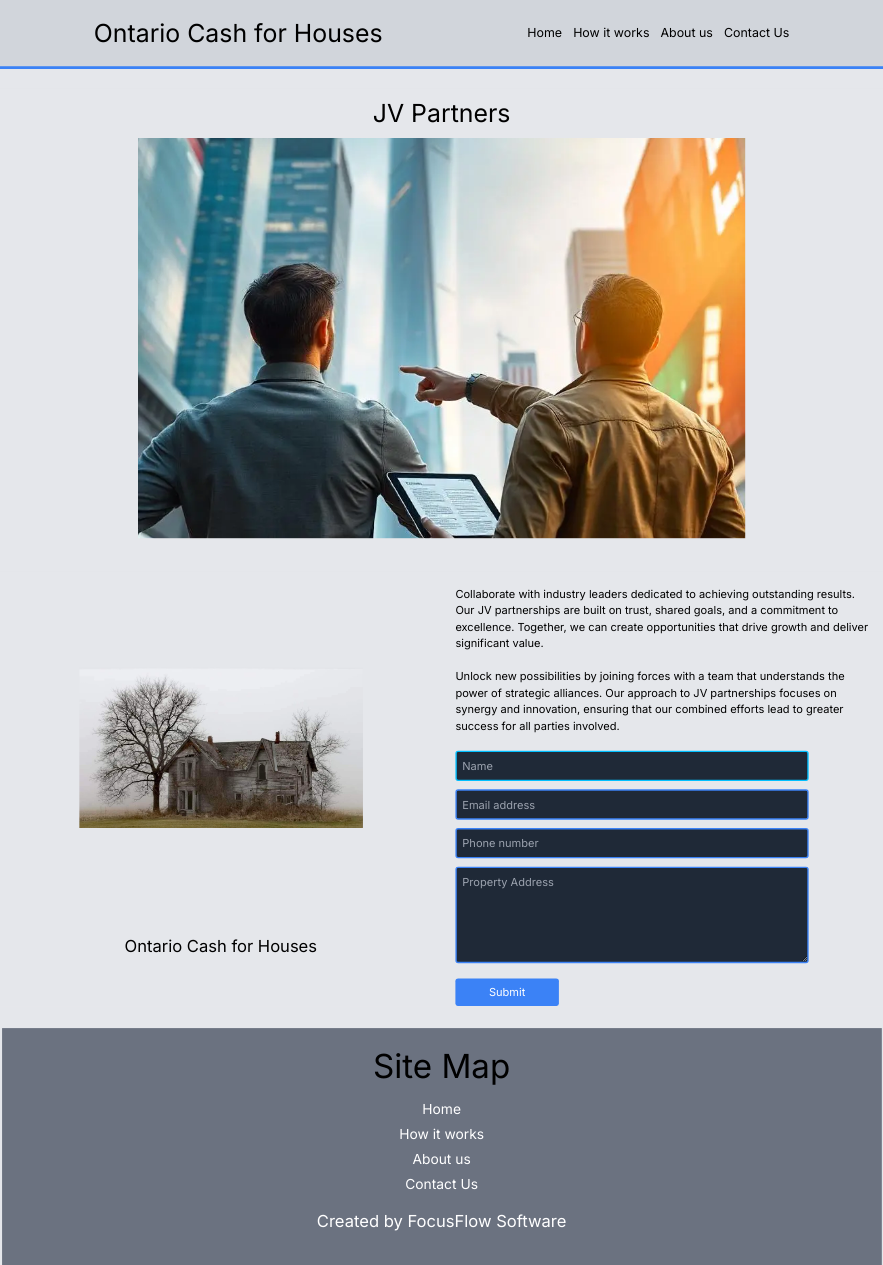
Repository: TMuse333/cash-for-homes
Page: /jv-partners (app in frontend/)
These files come from the project's save history. The page is drawn as it stood at one moment and after the next save; the edit follows.
The browser window is 1280 px wide. The pictures show the whole page, at 69% of full size.
The project was rebuilt for these pictures with package versions that can differ from the ones it lists, and the page was loaded fresh each time. The framework's server and built-in components were replaced by stand-ins that run in the browser. Also part of the build but not shown: frontend/next.config.mjs.

Above is the page before, as saved 2024-09-04 14:15:17.

### frontend/src/app/layout.tsx

import { AppProvider } from "@/context/context";
import type { Metadata } from "next";
import { Inter } from "next/font/google";
import "./globals.css";

const inter = Inter({ subsets: ["latin"] });

export const metadata: Metadata = {
  title: "Ontario Cash For Houses",
  description: "We Buy Houses in ANY Condition. And We Can Close In LESS Than 7-30 Days From Today",
};

export default function RootLayout({
  children,
}: Readonly<{
  children: React.ReactNode;
}>) {
  return (



    <html lang="en">
<AppProvider>


      <body className={inter.className}>{children}</body>
      </AppProvider>
    </html>

  );
}

### frontend/src/app/jv-partners/page.tsx
"use client"
import ContactForm from "@/components/contactForm"
import Navbar from "@/components/navbar"
import React from "react"
import { accordionProps, jvParallaxContent } from "@/data/data"
import { TextParallaxContentExample } from "@/components/parallaxText"
import Footer from "@/components/footer"
import Accordion from "@/components/accordion"
import Content2 from "@/components/content2"
import jv from '../../public/jv-partners.webp'
const Partners = () => {

  const intro = 'Our JV Partners are forward-thinking collaborators who unite their expertise, resources, and strategic vision to achieve shared goals. Together, we harness collective strengths to create powerful synergies, driving innovation and transformative growth in the real estate market, ensuring mutual success'

    const links = [
        {
            name:'Home',
            destination:'/',
            hasScroll:false
          },
        {
          name:'How it works',
          destination:'process',
          hasScroll:false
        },

        {
          name:'About us',
          destination:'about',
          hasScroll:false
        },
        {
          name:'Contact Us',
          destination:'contact'
        }
      ]

    return <>
    <Navbar links={links}
    />
    <main className="w-screen
    mt-[8rem] bg-gray-200">

      <Content2
      image={jv}
      title='JV Partners'
      alt='An image represent the joint ventures of our cash for houses business'
      description=""
      />
        {/* <TextParallaxContentExample
        {...jvParallaxContent}
        /> */}

        <ContactForm/>



        <Footer
        links={links}/>


    </main>
    </>
}


export default Partners

### frontend/src/context/context.tsx
"use client"
import React, { createContext, useState, useContext, ReactNode, useEffect } from 'react';

interface AppContextType {

  isMobile:boolean,
  setIsMobile:React.Dispatch<React.SetStateAction<boolean>>
  textYPosition:number
  setTextYPosition:React.Dispatch<React.SetStateAction<number>>
  applicationFormState: Record<string, string>;
  setApplicationFormState: React.Dispatch<React.SetStateAction<Record<string, string>>>;
  loggedIn:boolean,
  setLoggedIn:React.Dispatch<React.SetStateAction<boolean>>
}

// Create the context
export const AppContext = createContext<AppContextType | undefined>(undefined);

// Create a provider component
export const AppProvider: React.FC<{ children: ReactNode }> = ({ children }) => {
  // Initialize state for login and user status


  const [isMobile, setIsMobile] = useState(false)
  const [applicationFormState, setApplicationFormState] = useState<Record<string, string>>({});
  const [loggedIn, setLoggedIn] = useState(false)


  useEffect(()=>{
    const handleScroll = () => {
      setIsMobile(window.innerWidth <= 655)
    }
    window.addEventListener('scroll',handleScroll)

    handleScroll()

    return () => {
      window.removeEventListener('scroll',handleScroll)
    }
  },[])


  const [textYPosition, setTextYPosition] = useState(0)

   const contextValue = {
    isMobile,
    setIsMobile,
    textYPosition,
    setTextYPosition,
    applicationFormState,
    setApplicationFormState,
    loggedIn, setLoggedIn
   }


  return <AppContext.Provider value={contextValue}>{children}</AppContext.Provider>;
};

// Custom hook to use context
export const useAppContext = (): AppContextType => {
  const context = useContext(AppContext);
  if (!context) {
    throw new Error('useAppContext must be used within an AppProvider');
  }
  return context;
};

### frontend/src/app/globals.css
@tailwind base;
@tailwind components;
@tailwind utilities;

:root {
  --foreground-rgb: 0, 0, 0;
  --background-start-rgb: 214, 219, 220;
  --background-end-rgb: 255, 255, 255;
  background-color: #e5e7eb;

}

@media (prefers-color-scheme: dark) {
  :root {
    --foreground-rgb: 255, 255, 255;
    --background-start-rgb: 0, 0, 0;
    --background-end-rgb: 0, 0, 0;
  }

}



body {
  color: rgb(var(--foreground-rgb));
  background: linear-gradient(
      to bottom,
      transparent,
      rgb(var(--background-end-rgb))
    )
    rgb(var(--background-start-rgb));



}

@layer utilities {
  .text-balance {
    text-wrap: balance;
  }
}

### frontend/src/components/contactForm.tsx


// Assuming you're using TypeScript, ensure the imports and types are correct
import React, { useState, ChangeEvent, FormEvent } from 'react';
import Image from 'next/image';
import { motion } from 'framer-motion';
import logo from '../../public/abandoned-home.webp';
import axios from 'axios';
import logo2 from '../../public/gemeni-canadian.jpg'

const ContactForm = () => {
    const [formData, setFormData] = useState({
        name: '',
        email: '',
        phone:'',
        projectDetails: '',
    });

    const [error, setError] = useState<string | null>(null);
    const [success, setSuccess] = useState<string | null>(null);


    const handleChange = (e: ChangeEvent<HTMLInputElement | HTMLTextAreaElement>) => {
        const { name, value } = e.target;
        setFormData({
            ...formData,
            [name]: value,
        });
    };

    const handleSubmit = async (e: React.FormEvent) => {
        e.preventDefault();

        try {
            const response = await axios.post('/api/sendEmail', {
                name: formData.name,
                email: formData.email,
                phone: formData.phone,
                projectDetails: formData.projectDetails,
            });
            console.log(response.data);
            alert('Form submitted successfully!');
            setFormData({ name: '', email: '', phone: '', projectDetails: '' });
        } catch (error) {
            console.error('Error submitting form:', error);
            alert('Failed to submit form.');
        }
    };


    const tenets = [
        'Creativity',
        'Speed',
        'Discipline',
        'Tenacity',
    ];

    return (
        <section className='flex overflow-x-hidden justify-center items-center bg-gray-200
        text-black mb-8 max-w-[1300px] mx-auto'>
            <div className='hidden sm:block sm:w-[50vw] ml-auto mr-auto flex flex-col items-start
            self-start
            '>
                <Image
                    src={logo}
                    alt="Jv Partner home"
                    className='w-[45vw] ml-auto mr-auto
                     max-w-[411px] object-contain
                     h-[40vw] mb-auto'
                />
                {/* <ul className='text-center'>
                    {tenets.map((tenet, index) => (
                        <motion.li
                            key={index}
                            initial={{
                                opacity: 0,
                                x: index % 2 === 0 ? 100 : -100,
                            }}
                            animate={{
                                opacity: 1,
                                x: 0,
                                transition: {
                                    delay: index * 0.4,
                                },
                            }}
                            className='text-white mb-1'
                        >
                            {tenet}
                        </motion.li>
                    ))}
                    <motion.li
                        initial={{ opacity: 0 }}
                        animate={{
                            opacity: 1,
                            transition: { delay: tenets.length * 0.4 },
                        }}
                        className='text-2xl text-[#00bfff]'
                    >
                        We will get it done
                    </motion.li>
                </ul> */}
                <p className='ml-auto mr-auto mt-4
                text-center text-lg sm:text-2xl'>Ontario Cash for Houses</p>
            </div>
            <div className='w-[90vw] ml-auto mr-auto sm:w-[50vw]'>
                <Image
                    src={logo2}
                    alt="Cash for houses"
                    className='w-[90vw] object-cover ml-auto mr-auto sm:hidden
                    max-h-[590px]
                    max-w-[445px]'
                />
                <section className='w-[90%] sm:w-auto mt-5 mr-auto max-w-[600px]
                md:mx-auto '>
                    <p>
                    Collaborate with industry leaders dedicated to achieving outstanding results. Our JV partnerships are built on trust, shared goals, and a commitment to excellence. Together, we can create opportunities that drive growth and deliver significant value.
                    </p>
                    <br />
                    <p>
                    Unlock new possibilities by joining forces with a team that understands the power of strategic alliances. Our approach to JV partnerships focuses on synergy and innovation, ensuring that our combined efforts lead to greater success for all parties involved.
                    </p>

                <form onSubmit={handleSubmit} className='w-[90vw] mt-5 ml-auto mr-auto flex flex-col justify-center items-center'>
                    <label className='mb-2 w-[90vw] max-w-[600px] mr-auto'>
                        <input
                            type='text'
                            name='name'
                            value={formData.name}
                            onChange={handleChange}
                            className='border-2 w-full sm:w-[40vw] ml-auto mr-auto border-[#00bfff] p-2 rounded mt-1 bg-gray-800
                            max-w-[600px] md:mr-auto'
                            required
                            placeholder='Name'
                        />
                    </label>
                    <label className='mb-2 w-[90vw] sm:w-[40vw] mr-auto max-w-[600px] mr-auto max-w-[600px] mr-auto'>
                        <input
                            type='email'
                            name='email'
                            value={formData.email}
                            onChange={handleChange}
                            className='border-2 w-full mr-auto border-blue-500 p-2 rounded mt-1 bg-gray-800
                            max-w-[600px] mx-auto md:mr-auto'
                            required
                            placeholder='Email address'
                        />
                    </label>
                    <label className='mb-2 w-[90vw] max-w-[600px] mr-auto'>
                        <input
                            type='text'
                            name='phone'
                            value={formData.phone}
                            onChange={handleChange}
                            className='border-2 w-full sm:w-[40vw] ml-auto mr-auto border-blue-500 p-2 rounded mt-1 bg-gray-800
                            max-w-[600px] mr-auto'
                            required
                            placeholder='Phone number'
                        />
                    </label>
                    <label className='w-full sm:w-[40vw] mr-auto max-w-[600px] mr-auto'>
                        <textarea
                            name='projectDetails'
                            value={formData.projectDetails}
                            onChange={handleChange}
                            className='border-2 w-full border-blue-500 p-2 rounded mt-1 bg-gray-800'
                            rows={5}
                            required
                            placeholder='Property Address'
                        />
                    </label>
                    {/* <p className='w-[90%] sm:w-[45vw] mt-4 mr-auto'>
                        The laws of physics state that for every action, there is an equal and opposite reaction.
                        <br /> Use this law to create the reality you desire.
                    </p> */}
                    <button
                        type='submit'
                        className='bg-blue-500 w-[150px] mr-auto text-white p-2 rounded mt-4 hover:bg-green-500 sm:ml-0
                        transition-colors'
                    >
                        Submit
                    </button>
                </form>
                </section>
            </div>
        </section>
    );
};

export default ContactForm;

### frontend/src/components/navbar.tsx

"use client"
import React, { useState } from "react";
import Link from 'next/link'

interface NavbarProps {
    links: {
        name: string,
        destination: string
    }[]
    relative?:boolean
}

const Navbar: React.FC<NavbarProps> = ({ links,relative }) => {
    const [subMenuClicked, setSubMenuClicked] = useState(false);

    function handleSubmenuClick() {
        setSubMenuClicked(!subMenuClicked);
    }

    return (
        <nav className={` top-0 z-20 w-screen left-0 bg-gray-300 h-[100px]
         flex justify-between items-center border-b-4 border-blue-500 text-gray-500
          z-[100] text-black ${relative ? 'relative' : 'fixed'}`}>
            <div className="relative flex justify-between
             items-center  w-screen lg:w-[80vw] max-w-[1300px] lg:justify-between lg:items-stretch
            z-[100]  ml-auto mr-auto">
                <Link href='/'>


                <p className="ml-2 text-sm mt-auto mb-auto  lg:text-4xl mr-auto lg:mr-0 pl-6 lg:pl-0 text-black
                ">Ontario Cash for Houses</p>
                </Link>
                <div
                    className={`absolute right-[5%] top-1/2 flex flex-col justify-center items-center lg:relative lg:top-auto lg:right-auto`}
                    onClick={handleSubmenuClick}
                >
                    <div className="   lg:hidden w-[140px] lg:w-auto flex flex-col justify-center items-center">
                        <div className="h-[3px] bg-gray-500 w-[20px] mb-1" />
                        <div className="h-[3px] bg-gray-500 w-[20px] mb-1" />
                        <div className="h-[3px] bg-gray-500 w-[20px]" />
                    </div>
                    <ul
                        className={`text-left bg-gray-200 fixed right-[5%] top-[70px] overflow-hidden
                         transition-[height] flex flex-col items-center text-white

                          justify-center rounded-lg w-[140px]
                           lg:bg-transparent lg:w-auto lg:relative lg:overflow-auto
                           lg:top-auto lg:right-auto lg:flex-row
                           text-center
                            ${subMenuClicked ? `h-[175px] p-0
                            border-l-4
                         border-b-4 border-r-4 border-gray-500` : 'h-[0px] p-0 lg:h-auto'}
                         lg:border lg:border-none`}
                    >
                        {links.map((link, index) => (
                            <Link key={index} href={link.destination}>
                                <li className="text-md lg:text-lg mb-2
                                 pl-2 pr-2 lg:mb-0 text-black
                                 hover:text-blue-500 ">{link.name}</li>
                            </Link>
                        ))}
                    </ul>
                </div>
            </div>
        </nav>
    );
};

export default Navbar;

### frontend/src/components/footer.tsx
import React, {useEffect, useState} from 'react';
import Link from 'next/link';
import { motion, useMotionTemplate, useMotionValue,
    animate } from "framer-motion";
// import ScrollButton from './scrollButton';


interface links {
    links:{
        name:string,
        destination:string,
        hasScroll?:boolean
    }[]


}

// interface FooterLink {
//     title: string;
//     links: Link[];
// }

// interface FooterProps {
//     links: FooterLink[];
// }

const colors = [
    "#0080ff", // Slightly darker shade of blue
    "#00ccff", // Lighter shade of blue
    "#7f5af0", // Slight purple shade
    "#d8a5ff", // Lighter shade of the slight purple
  ];


const Footer:React.FC<links> = ({links}) => {

    const color = useMotionValue(colors[0])

    // const pColor = useMotionTemplate`${color}`

    const backgroundColor = useMotionTemplate`${color}`

    const boxShadow = useMotionTemplate`0px 4px 24px ${color}`

    const [hovered, setHovered] = useState(false)

    const handleMouseEnter = () => {
        setHovered(true)
    }

    const handleMouseLeave = () => {
        setHovered(false)
    }

            useEffect(()=> {
                animate(color, colors, {
                    ease: 'easeInOut',
                    duration:10,
                    repeat:Infinity,
                    repeatType: 'mirror'

               })
            },[])


  return (
    <>
    <footer className='w-[calc(100vw-5px)]
      relative
  pb-12
      ml-auto mr-auto
      text-center
     bg-gray-500
    '>
      <div className="
      pt-8
      w-[screen] md:w-[50vw] max-w-[700px] ml-auto mr-auto flex flex-col
       ">
        <h2 className='
        text-4xl sm:text-5xl
        mb-4   white font-caveat'>
            Site Map
        </h2>


        {links.map((link,index) => (
             <React.Fragment
             key={index}>



                <Link key={index}
                href={link.destination}
                passHref>
                     <p className='mt-2 text-white hover:text-[#00bfff] md:text-xl hover:text-gold
                '>{link.name}</p>
                </Link>



</React.Fragment>


        ))}






      </div>

      <section className='flex flex-col
       items-center justify-center
     '>

<Link href='https://www.focusflowsoftware.com'>
<p className='mt-6
      sm:text-2xl text-white
      hover:text-[#00bfff]'>Created by FocusFlow Software</p>
</Link>

      {/* <Link
            to='https://q3designs.netlify.app'
            >
                <motion.p
                onMouseEnter={handleMouseEnter}
                onMouseLeave={handleMouseLeave}

                style={{
                    boxShadow: hovered ? boxShadow : "none",
                    backgroundColor: hovered ? 'white' : "transparent",
                    color:backgroundColor,
                }}
                className='w-[200px] ml-auto mr-auto mb-5 mt-5 p-3 rounded-xl
                '   >
                Created by Q3 Designs
                </motion.p>

            </Link> */}
            </section>
    </footer>

    </>
  );
};

export default Footer;

### frontend/src/components/content2.tsx
import { StaticImageData } from "next/image";
import React from "react";
import Image from 'next/image'



interface Content2Props {
    title:string,
    image:StaticImageData,
    alt:string,
    description:string
    bg?:string
}



const Content2:React.FC<Content2Props> = (
    {title, image, alt, description,bg}
) => {



    return (
        <section className={`w-screen overflow-x-hidden ${bg ? `${bg}` : ''}
        bg-gradient-to-ttr from-blue-400 via-blue-200 to-blue-100
        mb-[2rem]`
        }>
            <p className="text-4xl mt-4 mb-4 text-center text-black

            ">
                {title}
            </p>
            <Image className='ml-auto mr-auto h-[60vw]
            w-[80vw] object-cover max-h-[580px] max-w-[880px]'
            src={image}
            alt={alt}/>

            <p className="mt-4 mb-4 text-black w-[90vw] ml-auto mr-auto
            sm:text-lg
            max-w-[1000px]">{description}</p>





        </section>
    )
}

export default Content2

Loaded but not shown: frontend/tailwind.config.ts (common file)

After the next save:
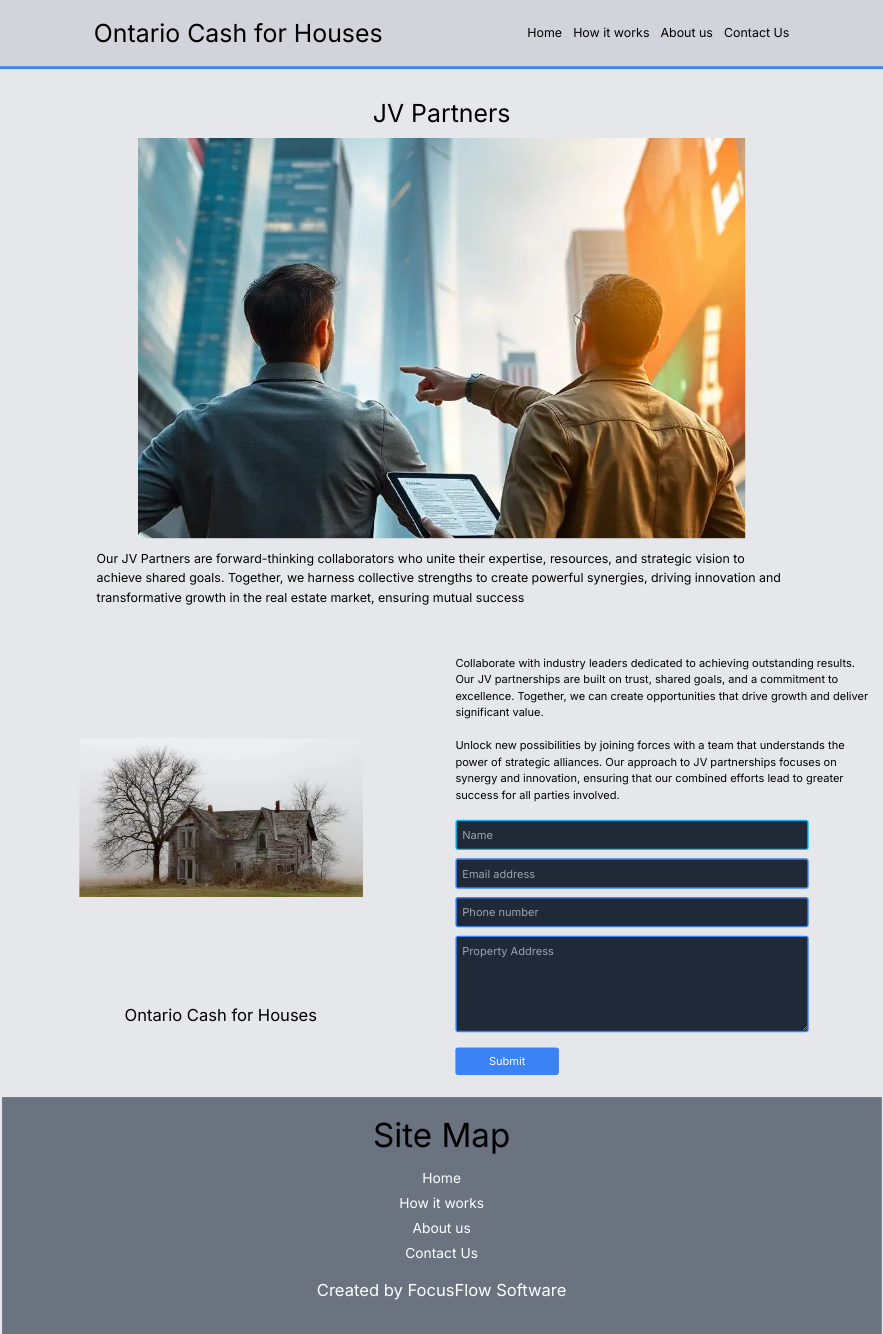
Saved 7 s later.
--- a/frontend/src/app/jv-partners/page.tsx
+++ b/frontend/src/app/jv-partners/page.tsx
@@ -45,7 +45,7 @@ const Partners = () => {
       image={jv}
       title='JV Partners'
       alt='An image represent the joint ventures of our cash for houses business'
-      description=""
+      description={intro}
       />
         {/* <TextParallaxContentExample
         {...jvParallaxContent}
